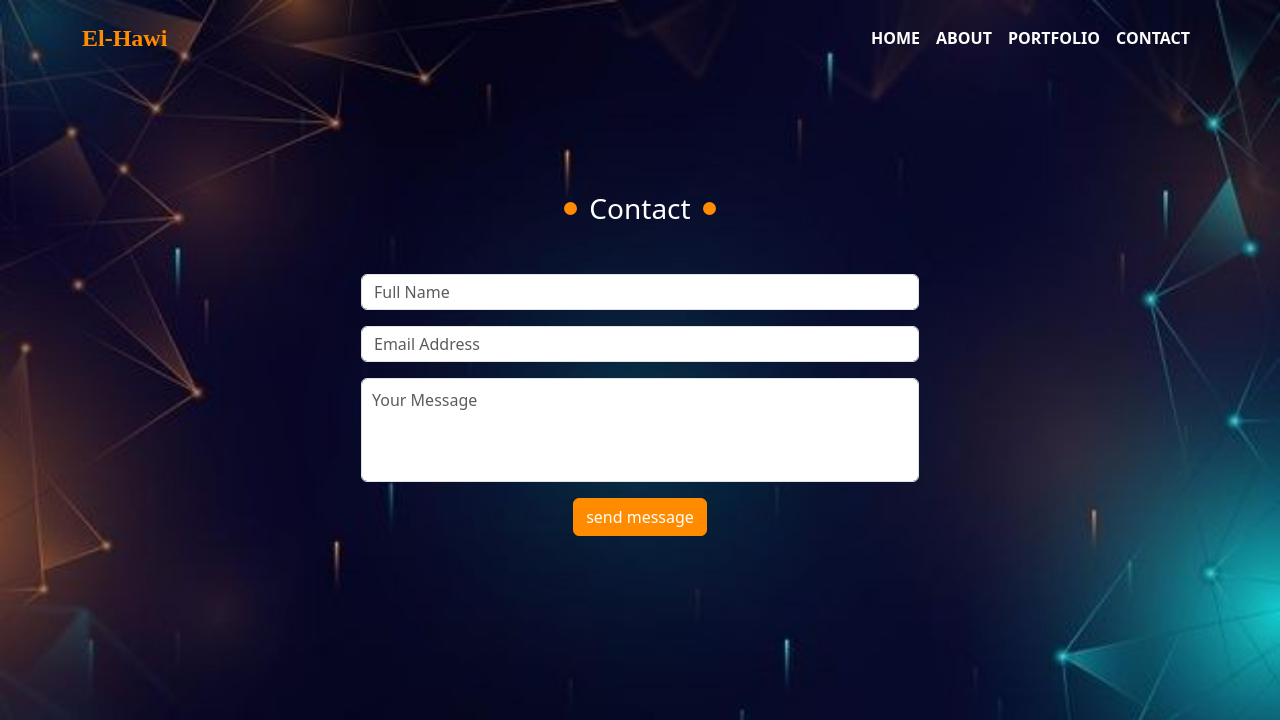
Repository: amralhawi123/Portfolio
Page: /contact
The author's editor kept a copy of each file at every save. The page is drawn from the files as they stood at one save, then again after the next save.
The browser window is 1280 px wide. The pictures show the whole page.
The project was rebuilt for these pictures with package versions that can differ from the ones it lists, and the page was loaded fresh each time. Also part of the build but not shown: src/components/landing/landing.css, src/components/landing/landing.js, src/components/about/about.css, src/components/about/About.js, src/components/Portfolio/portfolio.css, src/components/Portfolio/Portfolio.js. Imported but missing from the stored project, and not drawn on this page: src/image/Amr Mahmoud Alhawi.pdf.

Above is the page before, as saved 2023-08-28 17:38:39.

After the next save:
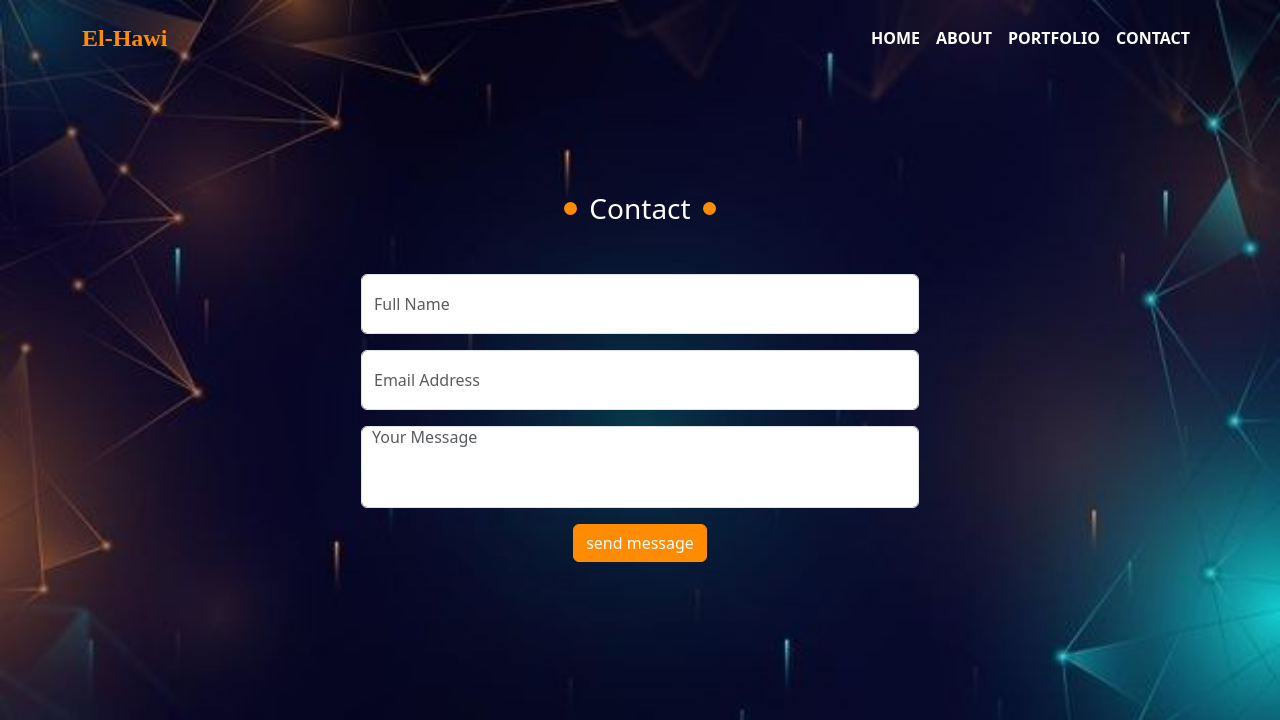
Saved 6 s later.
--- a/src/components/contact/contact.css
+++ b/src/components/contact/contact.css
@@ -11,7 +11,7 @@ form{
    width: 50%;
 }
 form input{
-   height: 50%;
+   height: 60px;
 }
 form .heghit{
    padding: 10px 0 70px 10px;
